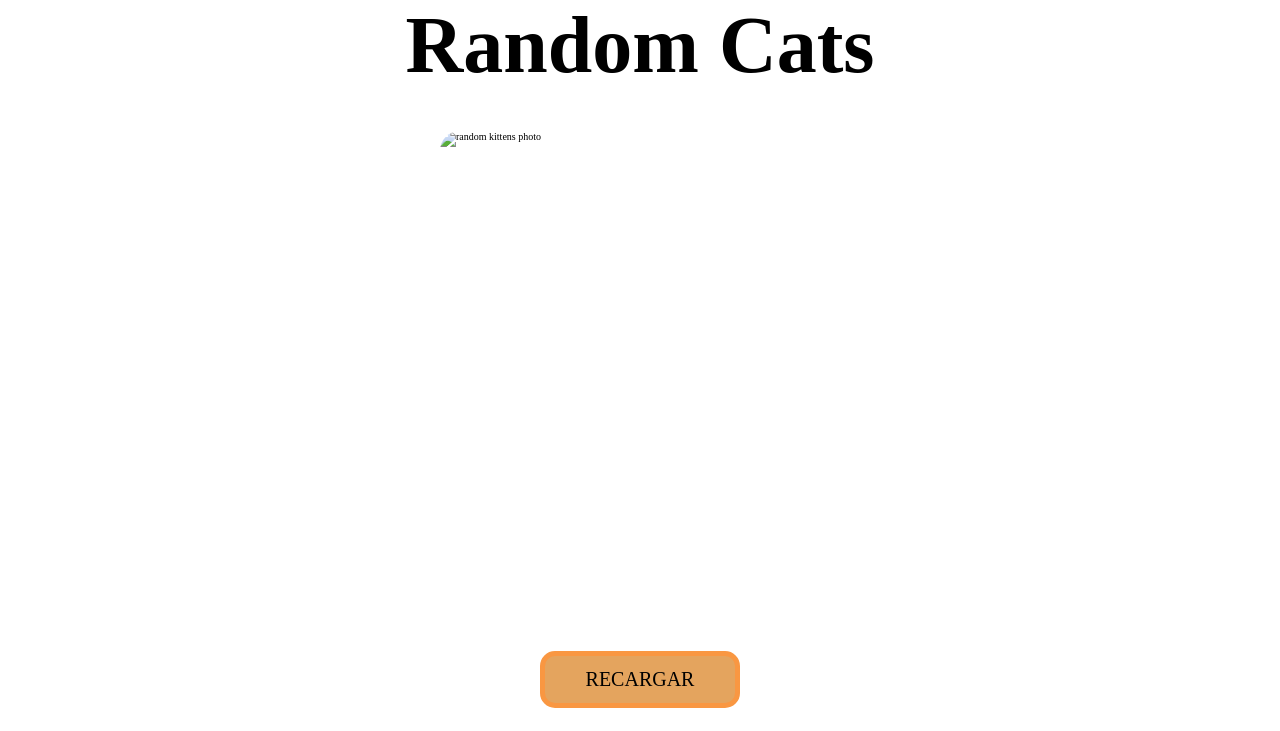
Repository: elto82/ConsumoAPIRESTjs
Page: index.html
An editor plug-in stored every save of this project. The page is shown before and after the next save, followed by the edit.
The browser window is 1280 px wide. The pictures show the whole page.
The page's requests for data from a server got no answer.

Above is the page before, as saved 2022-07-02 18:07:44.

After the next save:
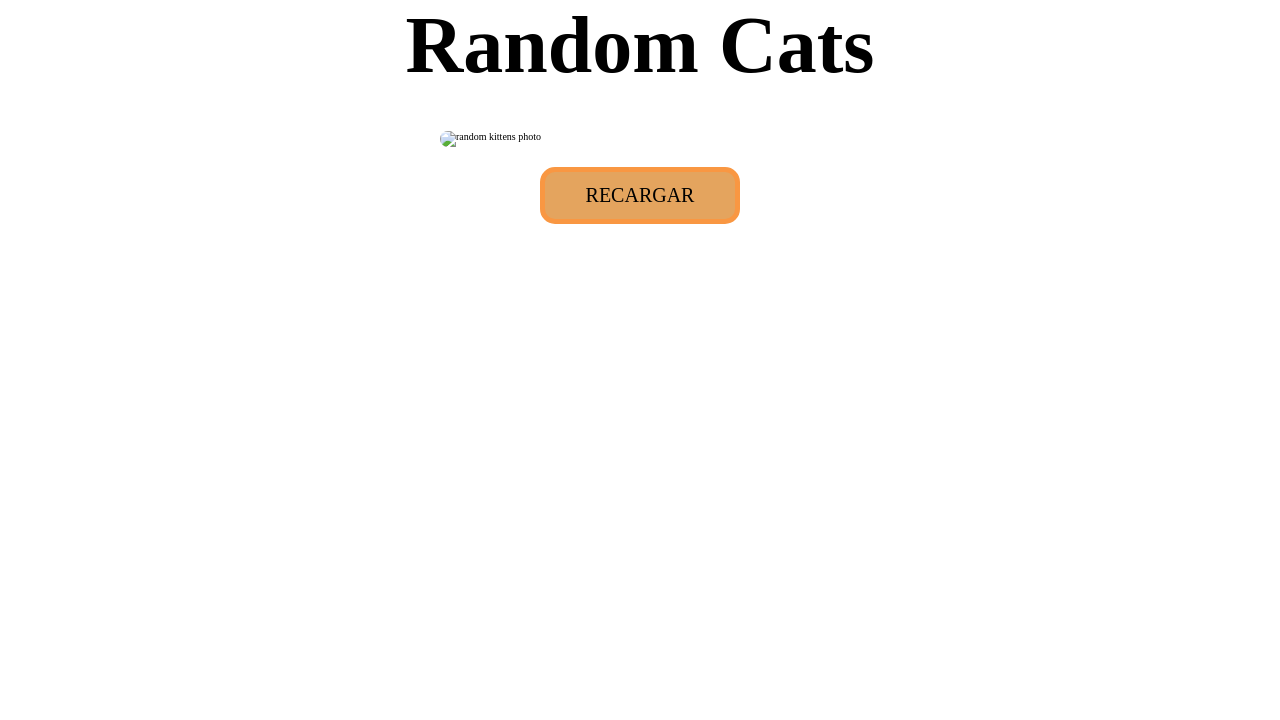
Saved 40 s later.
--- a/style.css
+++ b/style.css
@@ -27,7 +27,7 @@ h1 {
   border-radius: 20px;
   margin: 20px;
   width: 40rem;
-  height: 500px;
+  height: auto;
 }
 .random-cat-button {
   align-items: center;
